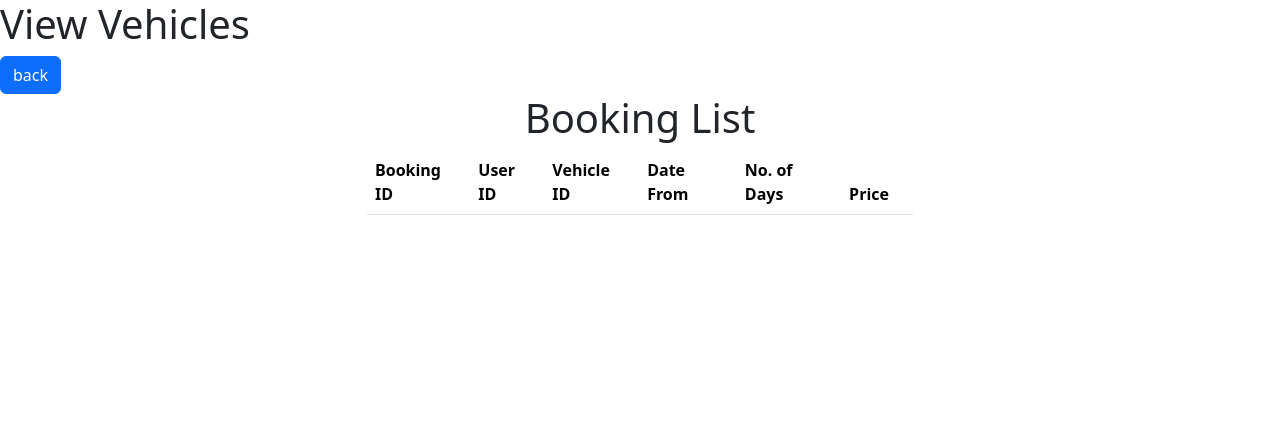
Repository: VimashaVishvani/VehicleRental
Page: http://localhost/Vehicle_rentalDb/userSeeBookings.jsp
The author's editor kept a copy of each file at every save. The page is drawn from the files as they stood at one save, then again after the next save.
The browser window is 1280 px wide. The pictures show the whole page.
The page is served by Tomcat 9. The template is opened directly, without the code that normally fills it, so the values that code supplies are empty.

Above is the page before, as saved 2024-05-12 10:09:28.

After the next save:
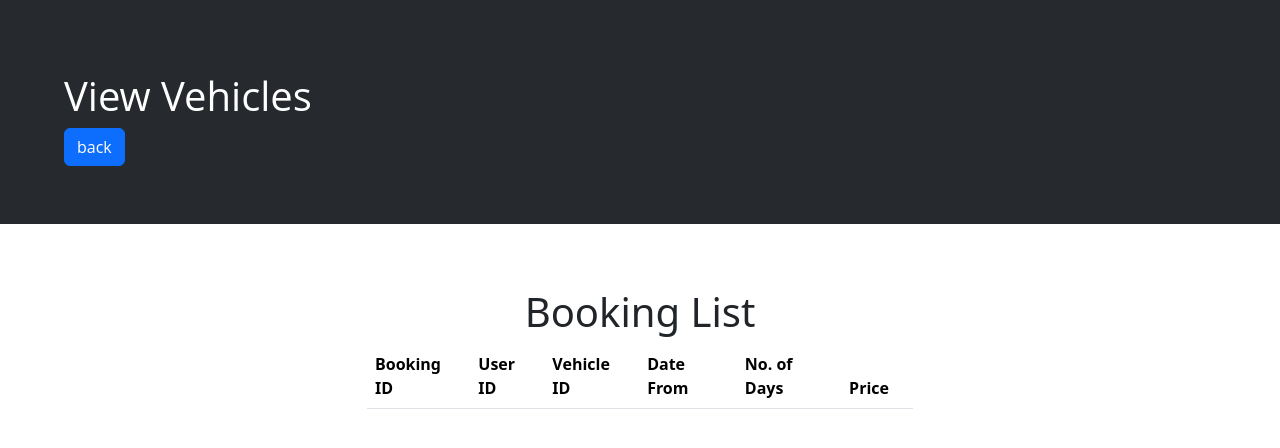
Saved 50 s later.
--- a/Vehicle_rentalDb/src/main/webapp/userSeeBookings.jsp
+++ b/Vehicle_rentalDb/src/main/webapp/userSeeBookings.jsp
@@ -8,7 +8,17 @@
     <!-- Bootstrap CSS link -->
     <link href="https://cdn.jsdelivr.net/npm/bootstrap@5.3.3/dist/css/bootstrap.min.css" rel="stylesheet">
     <style>
-        /* Additional styles if needed */
+        .dashboard{
+	padding-top:10vh;
+	padding-left:5%;
+	padding-bottom:8vh;
+    background-color:#262A2E; /* Pale background color */
+    font-family: 'Open Sans', sans-serif; /* Use Open Sans font */
+    color: #ffffff; /* White text color */
+    margin-bottom:5%;
+
+
+	}
     </style>
 </head>
 <body>
